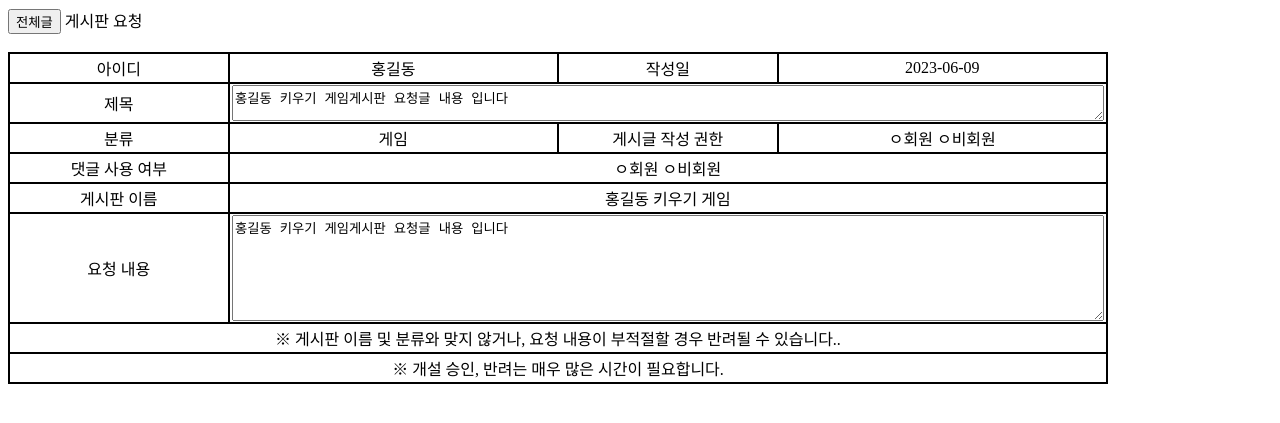
Repository: LJzero-dev/java-study
Page: http://localhost/ktbwos/bbs/request_view.jsp
An editor plug-in stored every save of this project. The page is shown before and after the next save, followed by the edit.
The browser window is 1280 px wide. The pictures show the whole page.
The page is served by Tomcat 9.

Above is the page before, as saved 2023-06-11 05:51:44.

After the next save:
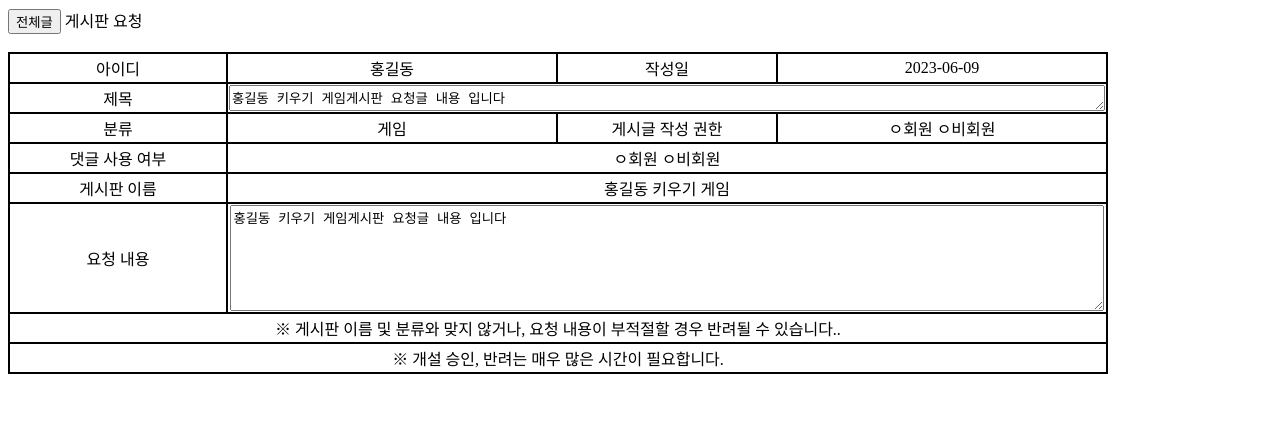
Saved 101 s later.
--- a/web/ktbwos/WebContent/bbs/request_view.jsp
+++ b/web/ktbwos/WebContent/bbs/request_view.jsp
@@ -31,7 +31,7 @@
 		</tr>
 		<tr>
 			<td>제목</td>
-			<td colspan="3"><textarea style="width:99%; height:99%">홍길동 키우기 게임게시판 요청글 내용 입니다</textarea></td>
+			<td colspan="3"><textarea style="width:870px; height:20px">홍길동 키우기 게임게시판 요청글 내용 입니다</textarea></td>
 		</tr >
 		<tr>
 			<td>분류</td>
